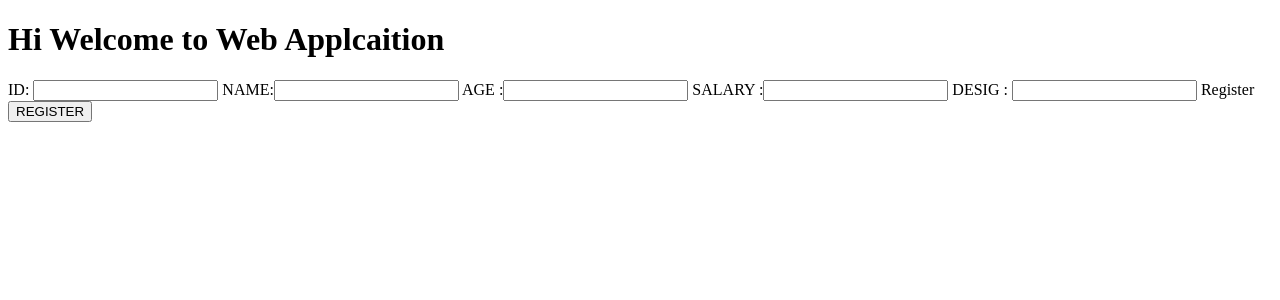
Repository: Thaneshwara848/TCS_B1
Page: WebDemo1/src/main/webapp/Register.html
These files come from the project's save history. The page is drawn as it stood at one moment and after the next save; the edit follows.
The browser window is 1280 px wide. The pictures show the whole page.

Above is the page before, as saved 2022-11-14 04:09:02.

### WebDemo1/src/main/webapp/Register.html
<!DOCTYPE html>
<html>
<head>
<meta charset="UTF-8">
<title>Insert title here</title>
</head>
<body>
	<h1> Hi Welcome to Web Applcaition </h1>

	ID: <input type="text" >
	NAME:<input type="text" >
	AGE :<input type="text" >
	SALARY :<input type="text" >
	DESIG : <input type="text" >

	Register <input type="submit"  value="REGISTER">



</body>
</html>

After the next save:
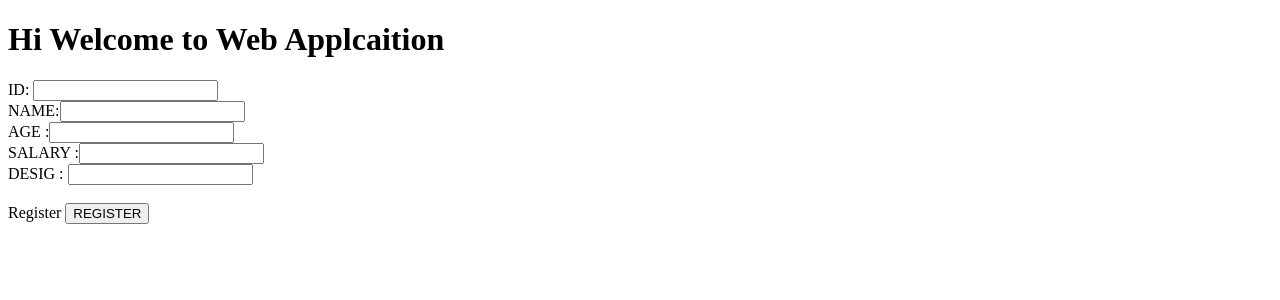
Saved 17 s later.
--- a/WebDemo1/src/main/webapp/Register.html
+++ b/WebDemo1/src/main/webapp/Register.html
@@ -7,11 +7,11 @@
 <body>
 	<h1> Hi Welcome to Web Applcaition </h1>
 
-	ID: <input type="text" >
-	NAME:<input type="text" >
-	AGE :<input type="text" >
-	SALARY :<input type="text" >
-	DESIG : <input type="text" >
+	ID: <input type="text" > <br>
+	NAME:<input type="text" ><br>
+	AGE :<input type="text" ><br>
+	SALARY :<input type="text" ><br>
+	DESIG : <input type="text" ><br><br>
 
 	Register <input type="submit"  value="REGISTER">
 
